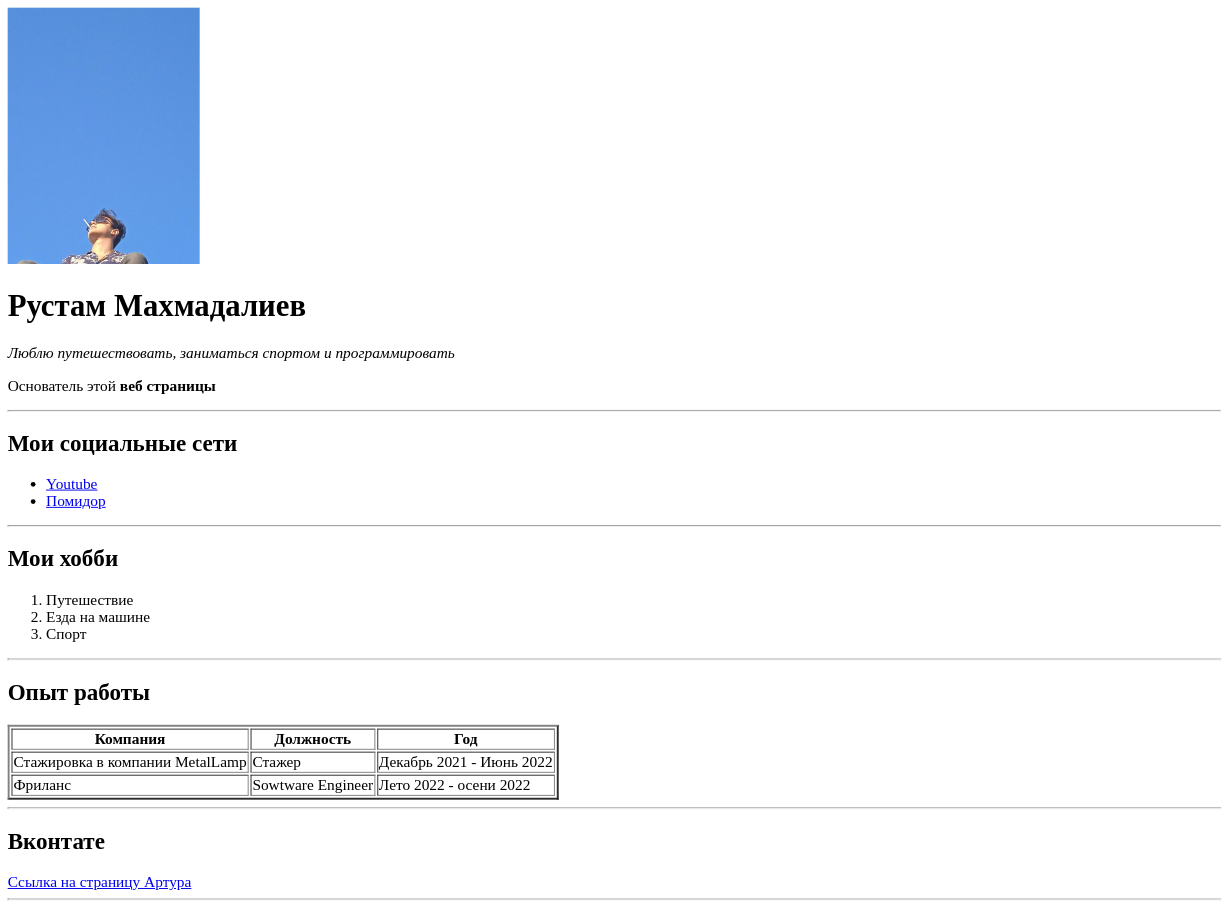
Repository: RustamMakh/html
Page: index.html
An editor plug-in stored every save of this project. The page is shown before and after the next save, followed by the edit.
The browser window is 1280 px wide. The pictures show the whole page, at 96% of full size.

Above is the page before, as saved 2022-06-08 18:12:24.

### index.html
<!DOCTYPE html>
<html lang="ru">
<head>
    <meta charset="UTF-8">
    <meta http-equiv="X-UA-Compatible" content="IE=edge">
    <meta name="viewport" content="width=device-width, initial-scale=1.0">
    <title>Rustam resume</title>
</head>

  <img src="avatar.jpg" alt="Тут моя фотка" width="200">
  <h1>Рустам Махмадалиев</h1>
  <p><em>Люблю путешествовать, заниматься спортом и программировать</em></p>
  <p>Основатель этой <strong>веб страницы</strong></p>
  <hr>

  <h2>Мои социальные сети</h2>
  <ul>
      <li> <a href="https://www.youtube.com/watch?v=DOEtVdkKwcU" target="_blank">Youtube </a></li>
      <li> <a href="https://bakunin.com/pomidor/" target="_blank">Помидор </a></li>
    </ul>
    <hr>

  <h2>Мои хобби</h2>
  <ol>
      <li>Путешествие</li>
      <li>Езда на машине</li>
      <li>Спорт</li>
  </ol>
  <hr>

  <h2>Опыт работы</h2>
  <table border="2">
    <tr>
      <th>Компания</th>
      <th>Должность</th>
      <th>Год</th>
    </tr>
    <tr>
      <td>Стажировка в компании MetalLamp</td>
      <td>Стажер</td>
      <td>Декабрь 2021 - Июнь 2022</td>
    </tr>
    <tr>
      <td>Фриланс</td>
      <td>Sowtware Engineer</td>
      <td>Лето 2022 - осени 2022</td>
    </tr>
  </table>
  <hr>

  <h2>Вконтате</h3>
  <a href="Вконтакте.html">Ссылка на страницу Артура</a>
  <hr>

</body>
</html>

After the next save:
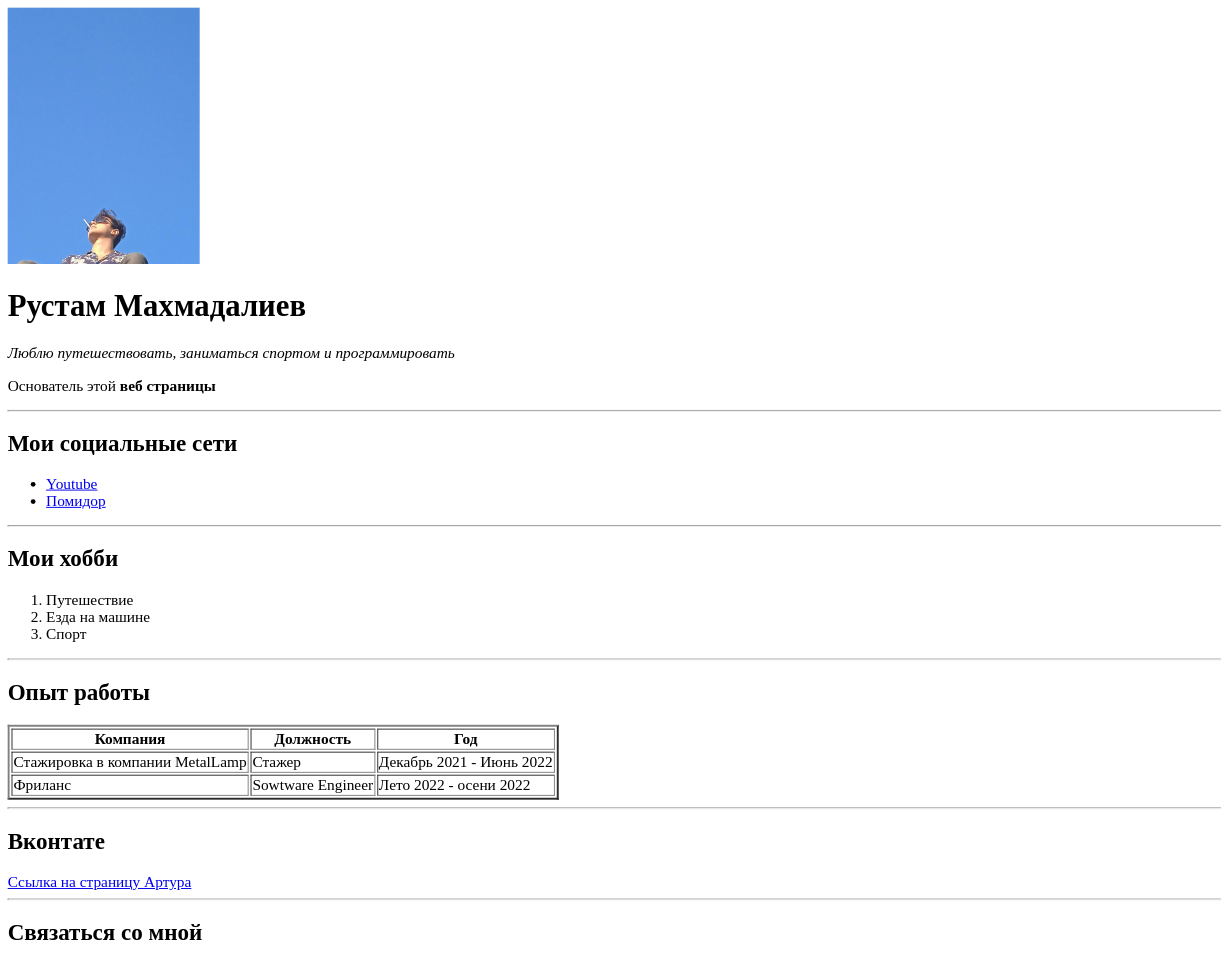
Saved 6 min 48 s later.
--- a/index.html
+++ b/index.html
@@ -52,5 +52,8 @@
   <a href="Вконтакте.html">Ссылка на страницу Артура</a>
   <hr>
 
+  <h2>Связаться со мной</h2>
+  <form action="/"
+  <
 </body>
 </html>
